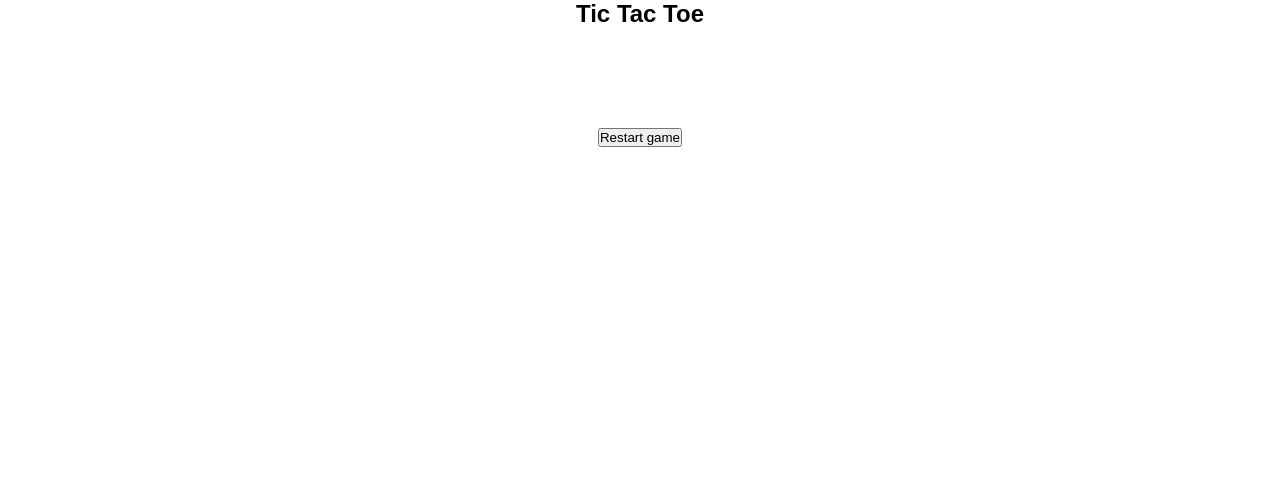
Repository: DuongThanhLong/Tic-Tac-Toe
Page: index.html
The author's editor kept a copy of each file at every save. The page is drawn from the files as they stood at one save, then again after the next save.
The browser window is 1280 px wide. The pictures show the whole page.

Above is the page before, as saved 2021-09-26 17:53:09.

After the next save:
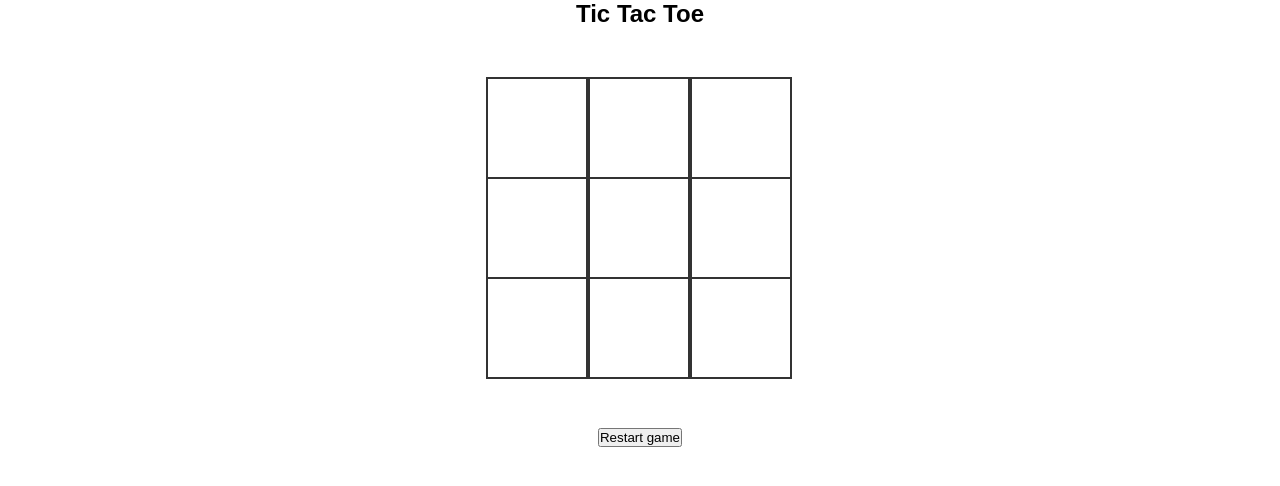
Saved 83 s later.
--- a/style.css
+++ b/style.css
@@ -18,3 +18,14 @@
     width: 306px;
     margin: 50px auto;
 }
+
+.cell {
+    font-family: "Permanent Marker", cursive;
+    width: 100px;
+    height: 100px;
+    box-shadow: 0 0 0 1px #333333;
+    border: 1px solid #333333;
+    cursor: pointer;
+    line-height: 100px;
+    font-size: 60px;
+}
